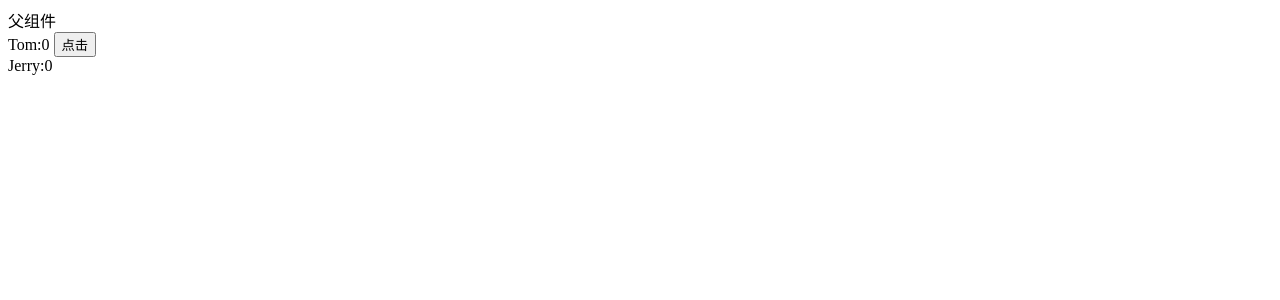
Repository: chenguocan/Vue_component
Page: 非父组件间的传值.html
The author's editor kept a copy of each file at every save. The page is drawn from the files as they stood at one save, then again after the next save.
The browser window is 1280 px wide. The pictures show the whole page.

Above is the page before, as saved 2020-07-23 16:28:12.

### 非父组件间的传值.html
<!DOCTYPE html>
<html lang="en">
  <head>
    <meta charset="UTF-8" />
    <meta name="viewport" content="width=device-width, initial-scale=1.0" />
    <title>Document</title>
  </head>
  <body>
    <div id="app">
      <div>{{parent}}</div>
      <hello-tom></hello-tom>
      <hello-jerry></hello-jerry>
    </div>
  </body>
  <script src="./js/vue.js"></script>
  <script>
    Vue.component("hello-tom", {
      data: function () {
        return {
          name: "Tom",
          count: 0,
        };
      },
      template: `
           <div>{{name+":"+count}}
            <button>点击</button></div>

           `,
    });
    Vue.component("hello-jerry", {
      data: function () {
        return {
          name: "Jerry",
          count: 0,
        };
      },
      template: `
        <div>{{name+":"+count}}</div>
        <button>点击</button>
        `,
    });
    let app = new Vue({
      el: "#app",
      data: {
        parent: "父组件",
      },
      methods: {},
    });
  </script>
</html>

Loaded but not shown: js/vue.js (library)

After the next save:
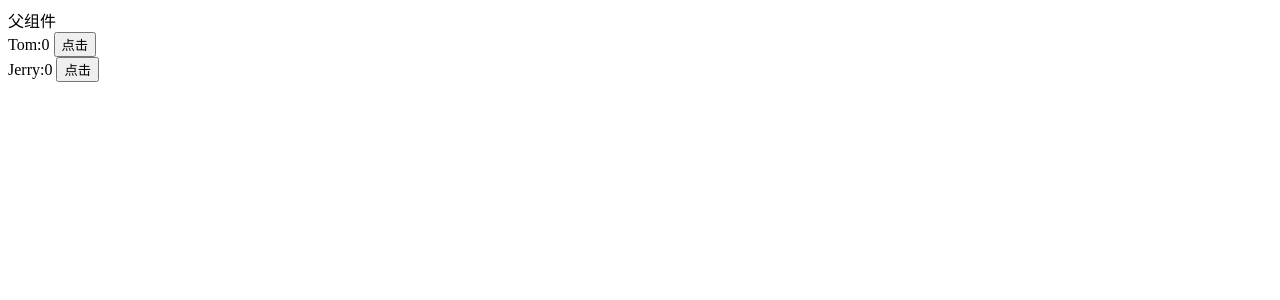
Saved 10 s later.
--- a/非父组件间的传值.html
+++ b/非父组件间的传值.html
@@ -35,8 +35,11 @@
         };
       },
       template: `
-        <div>{{name+":"+count}}</div>
-        <button>点击</button>
+        <div>{{name+":"+count}}
+            <button>点击</button>
+
+        </div>
+
         `,
     });
     let app = new Vue({
